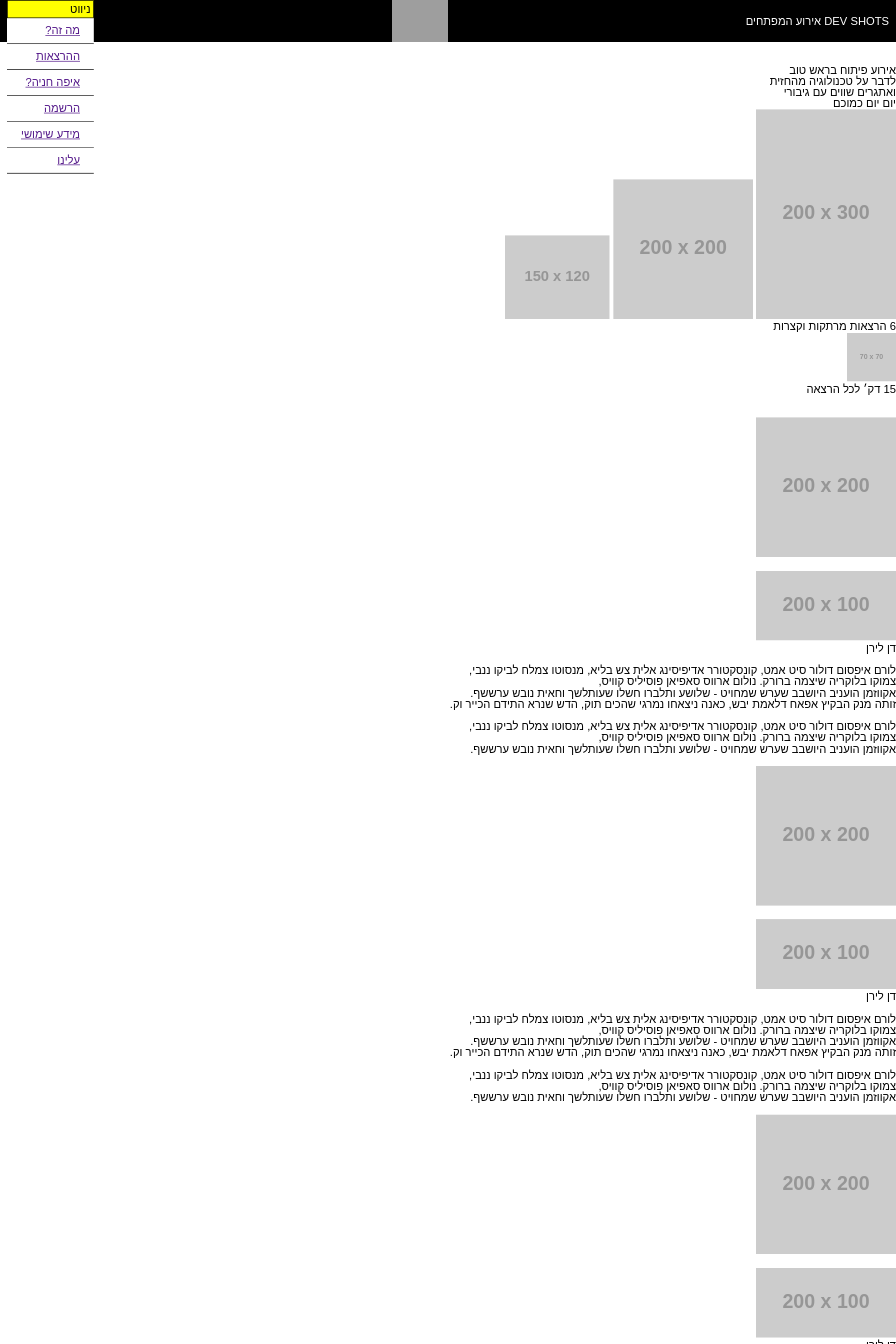
Repository: Julian-Escobar/DevShots
Page: index.html
These files come from the project's save history. The page is drawn as it stood at one moment and after the next save; the edit follows.
The browser window is 1280 px wide. The pictures show the part of the page from y = 0 to 1920 px (the page is 5922 px tall), at 70% of full size.
Pictures or frames that could not be fetched are drawn as grey boxes.

Above is the page before, as saved 2018-08-28 19:15:00.

### index.html
<!DOCTYPE HTML>
<html>
  <head>
      <link rel="stylesheet" href="style.css">
        <style>

                body{
                    text-align: right;
                    direction: rtl;
                }
        </style>
  </head>
  <body>
      <!--header-->

      <section class="conteiner1">
            <header class="wrapper">
          <h2 class="title">   DEV SHOTS אירוע המפתחים  </h2>
          <div> <a> <img class="netcraftlogo" src="https://cdn.dribbble.com/users/277968/screenshots/1639449/netcraftdev_1x.png" alt="netcraft logo"> </a> </div>
          <div> <nav class="dropdownnav">
            <ul>
              <li><div class="navtitle"> <b>ניווט</b></li><li><a class="navlink" href=""> מה
                   זה? </a></li><li><a class="navlink" href=""> ההרצאות

                   </a></li><li><a class="navlink" href=""> איפה
                        חניה? </a></li><li><a class="navlink" href=""> הרשמה

                        </a></li><li><a class="navlink" href=""> מידע
                             שימושי </a></li><li><a class="navlink" href=""> עלינו </a></li>
                                  </ul>
        </nav> </div>
       </header> </section>
       <br> <br>

       <!--section 1-->
       <section class="wrapper2" >
               <div> <h1 class="secondtitle">אירוע פיתוח בראש טוב</h1>
                     <p> לדבר על טכנולוגיה מהחזית <br>ואתגרים שווים עם גיבורי<br> יום יום כמוכם</p>
               </div>
          <a class="robot 1"href="https://placeholder.com"><img src="https://via.placeholder.com/200x300" alt="robot1 image"></a>
          <a class="robot 2"href="https://placeholder.com"><img src="https://via.placeholder.com/200x200" alt="robot2 image"></a>
          <a class="robot 3"href="https://placeholder.com"><img src="https://via.placeholder.com/150x120" alt="robot3 image"></a>
       </section>

              <!--section 2 lectures-->
        <section class="section2 conteiner">
                    <h3>6 הרצאות מרתקות וקצרות</h3>
                    <div class="lecture time"> <a class="clock icon"href="https://placeholder.com"><img src="https://via.placeholder.com/70x70"alt="clock icon"> </a>
                    <p>15 דק׳ לכל הרצאה</p></div>
                    <br>
                    <br>

                  <article class="lecture container">
                            <a class="prof picture"href="https://placeholder.com"><img src="https://via.placeholder.com/200x200" alt="lecturer photo"></a>
                             <h3 class="card title">חומריות בעולם הגידיטל</h3>
                             <a class="bubble image"href="https://placeholder.com"><img src="https://via.placeholder.com/200x100"alt="bubble image"></a>
                                <p class="prof name">דן לירן</p> </div>
                                <p class=><br>לורם איפסום דולור סיט אמט, קונסקטורר אדיפיסינג אלית צש בליא, מנסוטו צמלח לביקו ננבי,
                                        <br>צמוקו בלוקריה שיצמה ברורק. נולום ארווס סאפיאן פוסיליס קוויס,
                                        <br>אקווזמן הועניב היושבב שערש שמחויט - שלושע ותלברו חשלו שעותלשך וחאית נובש ערששף.
                                        <br> זותה מנק הבקיץ אפאח דלאמת יבש, כאנה ניצאחו נמרגי שהכים תוק, הדש שנרא התידם הכייר וק.</p>
                                    <p><br>לורם איפסום דולור סיט אמט, קונסקטורר אדיפיסינג אלית צש בליא, מנסוטו צמלח לביקו ננבי,
                                        <br> צמוקו בלוקריה שיצמה ברורק. נולום ארווס סאפיאן פוסיליס קוויס,
                                        <br>  אקווזמן הועניב היושבב שערש שמחויט - שלושע ותלברו חשלו שעותלשך וחאית נובש ערששף. </p>

                 </article>
                 <br>
                 <article class="lecture container">
                        <a class="prof picture"href="https://placeholder.com"><img src="https://via.placeholder.com/200x200"alt="lecturer photo"></a>
                         <h3 class="card title">חומריות בעולם הגידיטל</h3>
                         <a class="bubble image"href="https://placeholder.com"><img src="https://via.placeholder.com/200x100"alt="bubble image"></a>
                            <p class="prof name">דן לירן</p> </div>
                            <p class=><br>לורם איפסום דולור סיט אמט, קונסקטורר אדיפיסינג אלית צש בליא, מנסוטו צמלח לביקו ננבי,
                                    <br>צמוקו בלוקריה שיצמה ברורק. נולום ארווס סאפיאן פוסיליס קוויס,
                                    <br>אקווזמן הועניב היושבב שערש שמחויט - שלושע ותלברו חשלו שעותלשך וחאית נובש ערששף.
                                    <br> זותה מנק הבקיץ אפאח דלאמת יבש, כאנה ניצאחו נמרגי שהכים תוק, הדש שנרא התידם הכייר וק.</p>
                                <p><br>לורם איפסום דולור סיט אמט, קונסקטורר אדיפיסינג אלית צש בליא, מנסוטו צמלח לביקו ננבי,
                                    <br> צמוקו בלוקריה שיצמה ברורק. נולום ארווס סאפיאן פוסיליס קוויס,
                                    <br>  אקווזמן הועניב היושבב שערש שמחויט - שלושע ותלברו חשלו שעותלשך וחאית נובש ערששף. </p>

             </article>

             <br>
             <article class="lecture container">
                    <a class="prof picture"href="https://placeholder.com"><img src="https://via.placeholder.com/200x200"alt="lecturer photo"></a>
                    <h3 class="card title">חומריות בעולם הגידיטל</h3>
                     <a class="bubble image"href="https://placeholder.com"><img src="https://via.placeholder.com/200x100"alt="bubble image"></a>
                        <p class="prof name">דן לירן</p> </div>
                        <p class=><br>לורם איפסום דולור סיט אמט, קונסקטורר אדיפיסינג אלית צש בליא, מנסוטו צמלח לביקו ננבי,
                                <br>צמוקו בלוקריה שיצמה ברורק. נולום ארווס סאפיאן פוסיליס קוויס,
                                <br>אקווזמן הועניב היושבב שערש שמחויט - שלושע ותלברו חשלו שעותלשך וחאית נובש ערששף.
                                <br> זותה מנק הבקיץ אפאח דלאמת יבש, כאנה ניצאחו נמרגי שהכים תוק, הדש שנרא התידם הכייר וק.</p>
                            <p><br>לורם איפסום דולור סיט אמט, קונסקטורר אדיפיסינג אלית צש בליא, מנסוטו צמלח לביקו ננבי,
                                <br> צמוקו בלוקריה שיצמה ברורק. נולום ארווס סאפיאן פוסיליס קוויס,
                                <br>  אקווזמן הועניב היושבב שערש שמחויט - שלושע ותלברו חשלו שעותלשך וחאית נובש ערששף. </p>

         </article>
         <br>

         <article class="lecture container">
                <a class="prof picture"href="https://placeholder.com"><img src="https://via.placeholder.com/200x200"alt="lecturer photo"></a>
                <h3 class="card title">חומריות בעולם הגידיטל</h3>
                <a class="bubble image"href="https://placeholder.com"><img src="https://via.placeholder.com/200x100"alt="bubble image"></a>
                    <p class="prof name">דן לירן</p> </div>
                    <p class=><br>לורם איפסום דולור סיט אמט, קונסקטורר אדיפיסינג אלית צש בליא, מנסוטו צמלח לביקו ננבי,
                            <br>צמוקו בלוקריה שיצמה ברורק. נולום ארווס סאפיאן פוסיליס קוויס,
                            <br>אקווזמן הועניב היושבב שערש שמחויט - שלושע ותלברו חשלו שעותלשך וחאית נובש ערששף.
                            <br> זותה מנק הבקיץ אפאח דלאמת יבש, כאנה ניצאחו נמרגי שהכים תוק, הדש שנרא התידם הכייר וק.</p>
                        <p><br>לורם איפסום דולור סיט אמט, קונסקטורר אדיפיסינג אלית צש בליא, מנסוטו צמלח לביקו ננבי,
                            <br> צמוקו בלוקריה שיצמה ברורק. נולום ארווס סאפיאן פוסיליס קוויס,
                            <br>  אקווזמן הועניב היושבב שערש שמחויט - שלושע ותלברו חשלו שעותלשך וחאית נובש ערששף. </p>

     </article>
     <br>

     <article class="lecture container">
            <a class="prof picture"href="https://placeholder.com"><img src="https://via.placeholder.com/200x200"alt="lecturer photo"></a>
             <h3 class="card title">חומריות בעולם הגידיטל</h3>
             <a class="bubble image"href="https://placeholder.com"><img src="https://via.placeholder.com/200x100"alt="bubble image"></a>
                <p class="prof name">דן לירן</p> </div>
                <p class=><br>לורם איפסום דולור סיט אמט, קונסקטורר אדיפיסינג אלית צש בליא, מנסוטו צמלח לביקו ננבי,
                        <br>צמוקו בלוקריה שיצמה ברורק. נולום ארווס סאפיאן פוסיליס קוויס,
                        <br>אקווזמן הועניב היושבב שערש שמחויט - שלושע ותלברו חשלו שעותלשך וחאית נובש ערששף.
                        <br> זותה מנק הבקיץ אפאח דלאמת יבש, כאנה ניצאחו נמרגי שהכים תוק, הדש שנרא התידם הכייר וק.</p>
                    <p><br>לורם איפסום דולור סיט אמט, קונסקטורר אדיפיסינג אלית צש בליא, מנסוטו צמלח לביקו ננבי,
                        <br> צמוקו בלוקריה שיצמה ברורק. נולום ארווס סאפיאן פוסיליס קוויס,
                        <br>  אקווזמן הועניב היושבב שערש שמחויט - שלושע ותלברו חשלו שעותלשך וחאית נובש ערששף. </p>

 </article>

 <br>
 <article class="lecture container">
        <a class="prof picture"href="https://placeholder.com"><img src="https://via.placeholder.com/200x200"alt="lecturer photo"></a>
         <h3 class="card title">חומריות בעולם הגידיטל</h3>
         <a class="bubble image"href="https://placeholder.com"><img src="https://via.placeholder.com/200x100"alt="bubble image"></a>
            <p class="prof name">דן לירן</p> </div>
            <p class=><br>לורם איפסום דולור סיט אמט, קונסקטורר אדיפיסינג אלית צש בליא, מנסוטו צמלח לביקו ננבי,
                    <br>צמוקו בלוקריה שיצמה ברורק. נולום ארווס סאפיאן פוסיליס קוויס,
                    <br>אקווזמן הועניב היושבב שערש שמחויט - שלושע ותלברו חשלו שעותלשך וחאית נובש ערששף.
                    <br> זותה מנק הבקיץ אפאח דלאמת יבש, כאנה ניצאחו נמרגי שהכים תוק, הדש שנרא התידם הכייר וק.</p>
                <p><br>לורם איפסום דולור סיט אמט, קונסקטורר אדיפיסינג אלית צש בליא, מנסוטו צמלח לביקו ננבי,
                    <br> צמוקו בלוקריה שיצמה ברורק. נולום ארווס סאפיאן פוסיליס קוויס,
                    <br>  אקווזמן הועניב היושבב שערש שמחויט - שלושע ותלברו חשלו שעותלשך וחאית נובש ערששף. </p>
</article>
<div> <a class="robot4"> <img src="https://via.placeholder.com/70x70"alt="robot4 image"> </a></div>
</section>


<!--section 3 directions-->

<section>
    <article>
    <h4> אז איפה שמים את האוטו?</h4>
    <p>ועוד כמה פרטים חשובים...</p>
    <p> הערב יערך במועדון הסבל</p>
    <address> דרך שלומו 53, תל אביב</address>
 <div class="buses container">
       <hr class=line1>
       <p>מתכנסים בשעה</p>
       <p><big> 18:30 </big></p>
       <hr class=line1>
       <dl>
            <dt>חניה</dt>
              <hr class=line1>
              <dd>1. חניון אלי פלט</dd>
              <dd>2. רחוב אלפסי</dd>
              <dd>3. רחוב חיים בן אתר</dd>
       </dl>
 </div>

 <div class="buses container">
                <hr class=line1>
                <p>מתחילים בשעה:</p>
                <p><big> 19:00 </big></p>
                <hr class=line1>
                <dl>

                     <dt>אוטובוסים</dt>
                       <hr class=line1>
                       <dd>1. רכבת מרכז - 142,42</dd>
                       <dd>2. תחנה מרכזית - 163, 201, 96</dd>
                </dl>
 </div>
 <div class="map">
        <a class="map"> <img src="https://via.placeholder.com/400x400" alt="map image"> </a></div>
        <a class="lupa"> <img src="https://via.placeholder.com/15x15" alt="lupa icon"> </a></div>
        <a href="url">למפה המלאה</a>
</div> </article> </section>
<br>

<!--section 4 contact-->
<h5> הרשמה </h5>
<p>הכניסה היא בחינם אבל מספר המקומות מצומצם.</p>
<p> הערב יערך במועדון הסבנשמח אם תרשמו רק אם אתם מתכוונים להגיע- כדי שלא נסרב למישהו אחר</p>
<hr class=line3>
<p>כל הפרטים אישיים ישארו חסומים ולא נעביא אותם לאף אחד</p>
<hr class=line3>
<br>
<br>

<form action="" method="post">
    <div>
        <label for="name">שם מלא</label>
        <input type="text" placeholder="פרטי וגם משפחה" id="name" name="user_name">
    </div>
    <div>
        <label for="position">תפקיד</label>
        <input  type="position" placeholder="מה אתם עושים ביום יום" id="position" name="user_position">
    </div>
    <div>
            <label for="organization">ארגון</label>
            <input  type="organization" placeholder="מי משלם לכם משכורת" id="organization" name="user_organization">
        </div>
    <div>
            <label for="phone">מספר טלפון</label>
            <input  type="phone" placeholder="או סלולרי, לנו זה לא איכפת" id="phone" name="user_phone">
        </div>
        <div>
                <label for="friends">יש חברים?</label>
                <input  type="friends" placeholder="יש מלא אבל אני בא לבד" id="friends" name="user_friends">
            </div>
            <button name="button">זהו שלח אותי</button>
    </form>
    <br>

<!--section 5 Useful information-->

<section>
    <h6><big>מידע שימושי</big></h6>

    <article> <div class="card2"> <a class="card2 image"> <img src="https://via.placeholder.com/100x100"alt="card image"></a><h3 class="car2 title">קונסקטורר אדיפיסינג אלית</h3>
        <p class="p card2">לורם איפסום דולור סיט אמט, קונסקטורר אדיפיסינג אלית נולום ארווס סאפיאן - פוסיליס קוויס, אקווזמן קולורס מונפרד אדנדום סילקוף, מרגשי ומרגשח</p>
    </div></article>

    <article> <div class="card2"> <a class="card2 image"> <img src="https://via.placeholder.com/100x100"alt="card image"></a><h3 class="car2 title">קונסקטורר אדיפיסינג אלית</h3>
        <p class="p card2">לורם איפסום דולור סיט אמט, קונסקטורר אדיפיסינג אלית נולום ארווס סאפיאן - פוסיליס קוויס, אקווזמן קולורס מונפרד אדנדום סילקוף, מרגשי ומרגשח</p>
    </div></article>

    <article> <div class="card2"> <a class="card2 image"> <img src="https://via.placeholder.com/100x100"alt="card image"></a><h3 class="car2 title">קונסקטורר אדיפיסינג אלית</h3>
        <p class="p card2">לורם איפסום דולור סיט אמט, קונסקטורר אדיפיסינג אלית נולום ארווס סאפיאן - פוסיליס קוויס, אקווזמן קולורס מונפרד אדנדום סילקוף, מרגשי ומרגשח</p>
    </div></article>

    <article> <div class="card2"> <a class="card2 image"> <img src="https://via.placeholder.com/100x100"alt="card image"></a><h3 class="car2 title">קונסקטורר אדיפיסינג אלית</h3>
        <p class="p card2">לורם איפסום דולור סיט אמט, קונסקטורר אדיפיסינג אלית נולום ארווס סאפיאן - פוסיליס קוויס, אקווזמן קולורס מונפרד אדנדום סילקוף, מרגשי ומרגשח</p>
    </div></article>

    <article> <div class="card2"> <a class="card2 image"> <img src="https://via.placeholder.com/100x100"alt="card image"></a><h3 class="car2 title">קונסקטורר אדיפיסינג אלית</h3>
        <p class="p card2">לורם איפסום דולור סיט אמט, קונסקטורר אדיפיסינג אלית נולום ארווס סאפיאן - פוסיליס קוויס, אקווזמן קולורס מונפרד אדנדום סילקוף, מרגשי ומרגשח</p>
    </div></article>

    <article> <div class="card2"> <a class="card2 image"> <img src="https://via.placeholder.com/100x100"alt="card image"></a><h3 class="car2 title">קונסקטורר אדיפיסינג אלית</h3>
        <p class="p card2">לורם איפסום דולור סיט אמט, קונסקטורר אדיפיסינג אלית נולום ארווס סאפיאן - פוסיליס קוויס, אקווזמן קולורס מונפרד אדנדום סילקוף, מרגשי ומרגשח</p>
    </div></article>

    <a class="bottom robot"> <img src="https://via.placeholder.com/200x100"></a>
</section>

<!--section 6 footer-->
<section>
    <div class="footer div"><H3 class="footer title"> קצת עלינו</H3></div>
            <sec> <div class="footer components"> <a class="netcraft logo"> <img src="https://via.placeholder.com/100x30"alt="net craft logo"></a> </div>
            <div class="footer components"><p><b><big> נטפרפט </big></b>ורם איפסום דולור סיט אמט, קונסקטורר אדיפיסינג אלית נולום ארווס סאפיאן - פוסיליס קוויס, אקווזמן קולורס מונפרד אדנדום סילקוף, מרגשי ומרגשח. עמחליף גולר מונפרר סוברט</p></div>
            <div class="footer components"> <a class="logo"> <img src="https://via.placeholder.com/30x30"></a> <p>לורם איפסום דולור סיט אמט</p> </div>
            <div class="footer components"> <a class="logo"> <img src="https://via.placeholder.com/30x30"></a> <p>לורם איפסום דולור סיט אמט</p> </div>
            <div class="footer components"> <a class="logo"> <img src="https://via.placeholder.com/30x30"></a> <p>לורם איפסום דולור סיט אמט</p> </div>
            <div class="footer components"> <a class="logo"> <img src="https://via.placeholder.com/30x30"></a> <p>לורם איפסום דולור סיט אמט</p> </div>

            <div class="footer detail"> <p> איפסום דולור סיט אמט | איפסום דולור סיט אמט | איפסום דולור סיט אמט | some info@here </p> <a class="logo netcraft small"> <img src="https://via.placeholder.com/30x12"alt="netcraft logo"></a>  </div></sec>
</section>

  </body>
</html>

### style.css
/* http://meyerweb.com/eric/tools/css/reset/
   v2.0 | 20110126
   License: none (public domain)
*/

html, body, div, span, applet, object, iframe,
h1, h2, h3, h4, h5, h6, p, blockquote, pre,
a, abbr, acronym, address, big, cite, code,
del, dfn, em, img, ins, kbd, q, s, samp,
small, strike, strong, sub, sup, tt, var,
b, u, i, center,
dl, dt, dd, ol, ul, li,
fieldset, form, label, legend,
table, caption, tbody, tfoot, thead, tr, th, td,
article, aside, canvas, details, embed,
figure, figcaption, footer, header, hgroup,
menu, nav, output, ruby, section, summary,
time, mark, audio, video {
	margin: 0;
	padding: 0;
	border: 0;
	font-size: 100%;
	font: inherit;
	vertical-align: baseline;
}
/* HTML5 display-role reset for older browsers */
article, aside, details, figcaption, figure,
footer, header, hgroup, menu, nav, section {
	display: block;
}
body {
	line-height: 1;
}
ol, ul {
	list-style: none;
}
blockquote, q {
	quotes: none;
}
blockquote:before, blockquote:after,
q:before, q:after {
	content: '';
	content: none;
}
table {
	border-collapse: collapse;
	border-spacing: 0;
}





@font-face {
    font-family: 'Rubik', sans-serif;
    src: url("hhttps://fonts.googleapis.com/css?family=Rubik" );
}

body{
    font-family: 'Rubik', sans-serif;
    margin: 0 auto;

}

/**** header ****/

.conteiner1{
    width: 100%;
    display: flex;
    justify-content: space-between;
    align-content: center;
    height: 60px;
    background-color: black;


}
header {
    background-color: black;
    width: 1300px;
    display: flex;
    justify-content: space-between;
    align-content: center;
    margin: 0 auto;
    padding: 0 10px;
}


.title {
    font-weight: 100;
    color: white;
    align-self: center;
}
.netcraftlogo {
    height:60px;
    align-self: center;

    }

    .navtitle {
        background-color: yellow;
        padding: 4px;
        border: 1px solid black
    }
    .clearfix {
        border: 1px solid black;
        float: left;
    }

    .navlink {
        background-color: white;
        padding: 4px;
        border-bottom: 1px solid black;
        align-self: right;
        display: block;
        position: relative;
        z-index: 100;
        margin-top: 0px;
        padding-top: 10px;
        padding-bottom: 10px;
        padding-left: 20px;
        padding-right: 20px;
   }

   /**** header ****/

After the next save:
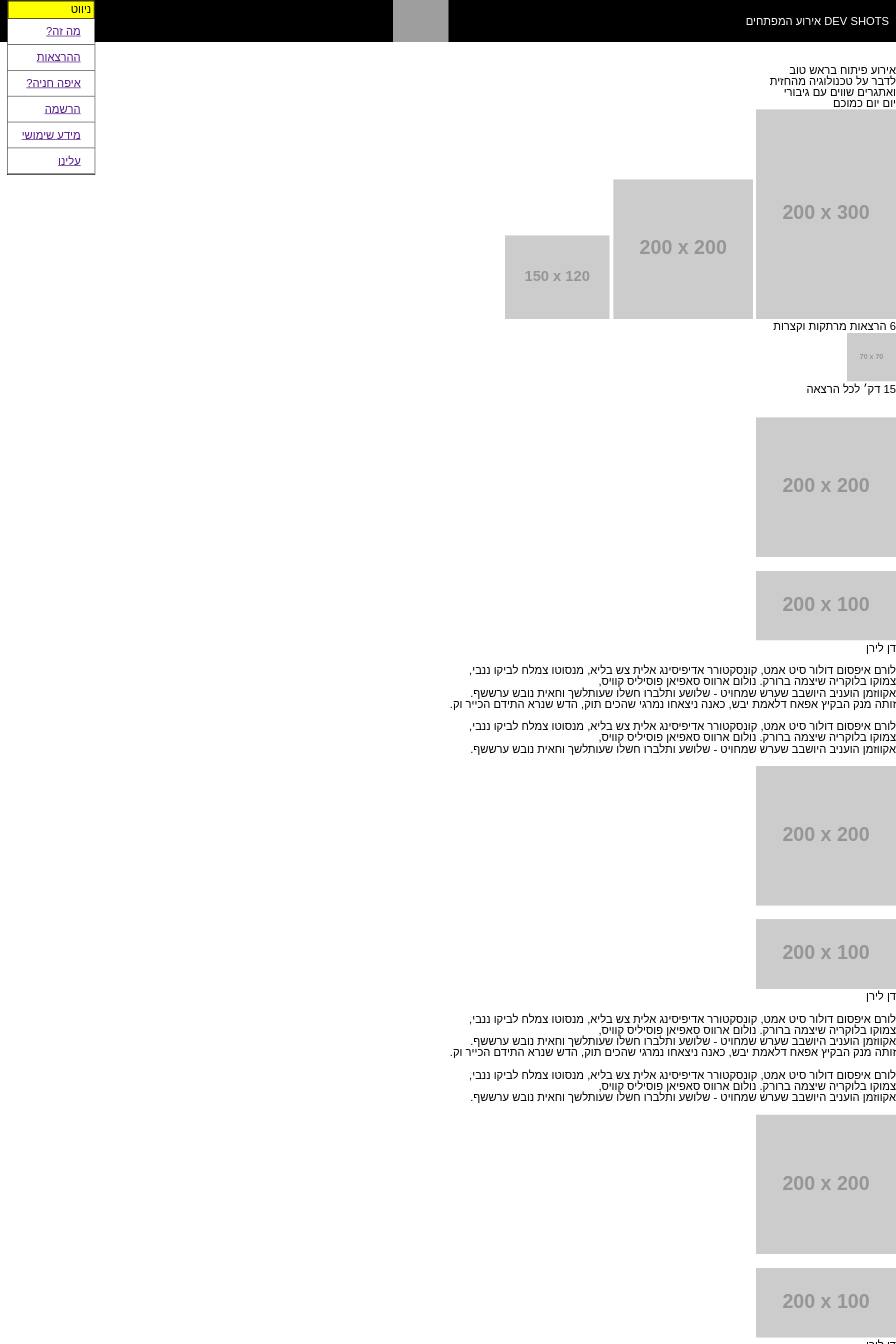
Saved 33 s later.
--- a/style.css
+++ b/style.css
@@ -101,7 +101,7 @@ header {
         padding: 4px;
         border: 1px solid black
     }
-    .clearfix {
+    .dropdownnav {
         border: 1px solid black;
         float: left;
     }
